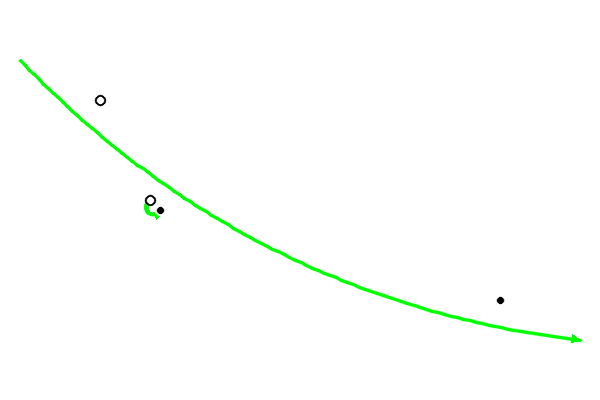
Repository: lilianna111/PiLoT_v2_rebuttal
Script's output: python Pilot_0528/preprocess/vis/vis_feicuiwan/test.py
An editor plug-in stored every save of this project. The script's output is shown before and after the next save, followed by the edit.
Random numbers start from a fixed seed.

Above is the script's output before, as saved 2025-07-31 12:32:11.

### Pilot_0528/preprocess/vis/vis_feicuiwan/test.py
import cv2
import numpy as np

def draw_curved_arrow(img, pt1, pt2, color=(0, 255, 0), thickness=2, arrow_size=8, bend_scale=0.25, extend_ratio=0.2):
    """
    绘制从 pt1 到 pt2 的一段平滑弯曲箭头。
    即使距离很近，也会绘制较明显的弯曲。
    - pt1, pt2: 起点终点 (x, y)
    - bend_scale: 控制弯曲强度的比例
    - extend_ratio: 控制起终点向外延伸的比例（增强视觉曲率）
    """
    pt1 = np.array(pt1, dtype=np.float32)
    pt2 = np.array(pt2, dtype=np.float32)
    direction = pt2 - pt1
    length = np.linalg.norm(direction)
    if length < 1e-6:
        return  # 距离太近不画

    # 单位方向与法向
    dir_unit = direction / length
    ortho = np.array([-dir_unit[1], dir_unit[0]])

    # 延伸起点与终点
    pt1_ext = pt1 - dir_unit * length * extend_ratio
    pt2_ext = pt2 + dir_unit * length * extend_ratio

    # 控制点：中点向法向偏移
    midpoint = (pt1_ext + pt2_ext) / 2
    bend = max(bend_scale * length, 20)  # 小距离时弯曲不能太小
    ctrl = midpoint + ortho * bend

    # 二次贝塞尔插值（pt1_ext → ctrl → pt2_ext）
    curve = []
    for t in np.linspace(0, 1, 100):
        p = (
            (1 - t) ** 2 * pt1_ext +
            2 * (1 - t) * t * ctrl +
            t ** 2 * pt2_ext
        )
        curve.append(tuple(np.round(p).astype(int)))

    # 画曲线
    for i in range(len(curve) - 1):
        cv2.line(img, curve[i], curve[i + 1], color, thickness, cv2.LINE_AA)

    # 箭头（从最后几个点确定方向）
    p_tip = np.array(curve[-1], dtype=np.float32)
    p_base = np.array(curve[-5], dtype=np.float32)
    dir_vec = p_tip - p_base
    dir_vec /= (np.linalg.norm(dir_vec) + 1e-6)
    ortho = np.array([-dir_vec[1], dir_vec[0]])

    left = p_tip - dir_vec * arrow_size + ortho * arrow_size * 0.5
    right = p_tip - dir_vec * arrow_size - ortho * arrow_size * 0.5
    triangle = np.array([p_tip, left, right], dtype=np.int32)
    cv2.fillPoly(img, [triangle], color)

    # 起点终点圆圈
    pt1i = tuple(np.round(pt1).astype(int))
    pt2i = tuple(np.round(pt2).astype(int))
    cv2.circle(img, pt1i, 5, (0, 0, 0), -1, cv2.LINE_AA)
    cv2.circle(img, pt1i, 3, (255, 255, 255), -1, cv2.LINE_AA)
    cv2.circle(img, pt2i, 5, (255, 255, 255), -1, cv2.LINE_AA)
    cv2.circle(img, pt2i, 3, (0, 0, 0), -1, cv2.LINE_AA)

img = np.ones((400, 600, 3), dtype=np.uint8) * 255
draw_curved_arrow(img, (150, 200), (160, 210))  # 距离很近
draw_curved_arrow(img, (100, 100), (500, 300))  # 距离较远
cv2.imshow("Curved Arrows", img)
cv2.waitKey(0)
cv2.destroyAllWindows()

After the next save:
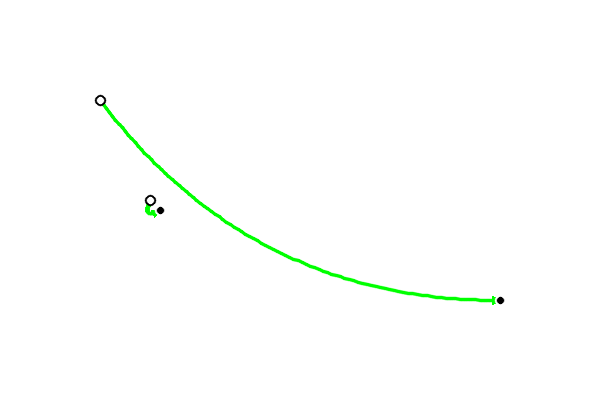
Saved 2 min 0 s later.
--- a/Pilot_0528/preprocess/vis/vis_feicuiwan/test.py
+++ b/Pilot_0528/preprocess/vis/vis_feicuiwan/test.py
@@ -1,13 +1,15 @@
 import cv2
 import numpy as np
 
-def draw_curved_arrow(img, pt1, pt2, color=(0, 255, 0), thickness=2, arrow_size=8, bend_scale=0.25, extend_ratio=0.2):
+import cv2
+import numpy as np
+
+def draw_curved_arrow(img, pt1, pt2, color=(0, 255, 0), thickness=2, arrow_size=8, bend_scale=0.25):
     """
     绘制从 pt1 到 pt2 的一段平滑弯曲箭头。
     即使距离很近，也会绘制较明显的弯曲。
     - pt1, pt2: 起点终点 (x, y)
     - bend_scale: 控制弯曲强度的比例
-    - extend_ratio: 控制起终点向外延伸的比例（增强视觉曲率）
     """
     pt1 = np.array(pt1, dtype=np.float32)
     pt2 = np.array(pt2, dtype=np.float32)
@@ -20,22 +22,18 @@ def draw_curved_arrow(img, pt1, pt2, color=(0, 255, 0), thickness=2, arrow_size=
     dir_unit = direction / length
     ortho = np.array([-dir_unit[1], dir_unit[0]])
 
-    # 延伸起点与终点
-    pt1_ext = pt1 - dir_unit * length * extend_ratio
-    pt2_ext = pt2 + dir_unit * length * extend_ratio
-
     # 控制点：中点向法向偏移
-    midpoint = (pt1_ext + pt2_ext) / 2
-    bend = max(bend_scale * length, 20)  # 小距离时弯曲不能太小
+    midpoint = (pt1 + pt2) / 2
+    bend = max(bend_scale * length, 20)  # 最小20像素偏移
     ctrl = midpoint + ortho * bend
 
-    # 二次贝塞尔插值（pt1_ext → ctrl → pt2_ext）
+    # 二次贝塞尔插值（pt1 → ctrl → pt2）
     curve = []
     for t in np.linspace(0, 1, 100):
         p = (
-            (1 - t) ** 2 * pt1_ext +
+            (1 - t) ** 2 * pt1 +
             2 * (1 - t) * t * ctrl +
-            t ** 2 * pt2_ext
+            t ** 2 * pt2
         )
         curve.append(tuple(np.round(p).astype(int)))
 
@@ -63,6 +61,7 @@ def draw_curved_arrow(img, pt1, pt2, color=(0, 255, 0), thickness=2, arrow_size=
     cv2.circle(img, pt2i, 5, (255, 255, 255), -1, cv2.LINE_AA)
     cv2.circle(img, pt2i, 3, (0, 0, 0), -1, cv2.LINE_AA)
 
+
 img = np.ones((400, 600, 3), dtype=np.uint8) * 255
 draw_curved_arrow(img, (150, 200), (160, 210))  # 距离很近
 draw_curved_arrow(img, (100, 100), (500, 300))  # 距离较远
